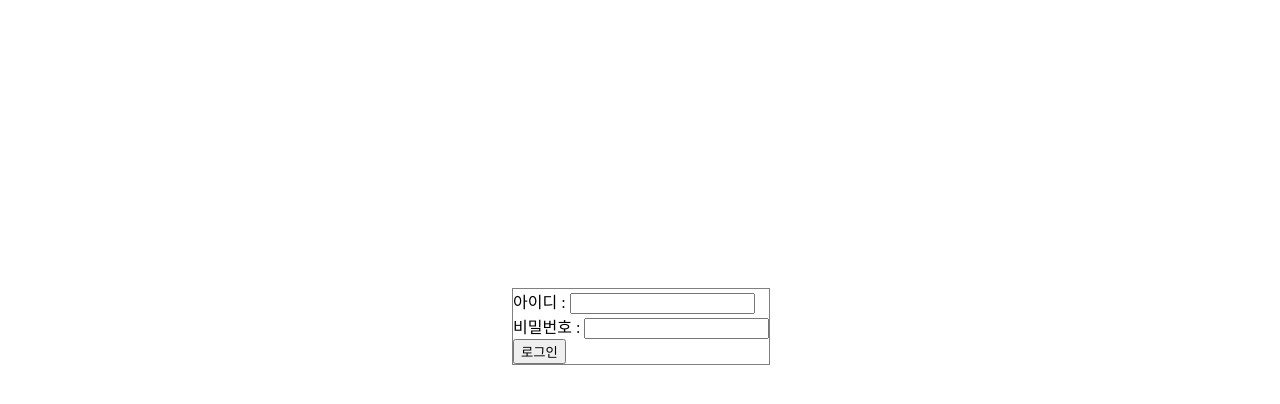
Repository: beruzz/ezen
Page: http://localhost/introduce/mc/login
An editor plug-in stored every save of this project. The page is shown before and after the next save, followed by the edit.
The browser window is 1280 px wide. The pictures show the whole page.
The page is served by Tomcat 9. Other server files are loaded and not shown.

Above is the page before, as saved 2022-12-14 08:48:29.

### JSP_Board&Member/introduce/src/main/webapp/member/login.jsp
<%@ page language="java" contentType="text/html; charset=UTF-8"
    pageEncoding="UTF-8"%>
<%@ taglib uri = "http://java.sun.com/jsp/jstl/core" prefix="c" %>
<!DOCTYPE html>
<html>
<head>
<meta charset="UTF-8">
<title>로그인 페이지</title>
<style>
	.login{
		position: absolute;
		top: 40%;
		left: 40%;
		border: solid 1px gray;
	}
</style>
</head>
<body>
	<form action="/mc/login_auth" class="login" method="post">
	아이디 : <input type="text" name="id"><br>
	비밀번호 : <input type="password" name="password"><br>
		<button type="submit">로그인</button>
	</form>
</body>
</html>

### JSP_Board&Member/introduce/src/main/java/controller/MemController.java
package controller;

import java.io.IOException;
import java.util.List;

import javax.servlet.RequestDispatcher;
import javax.servlet.ServletException;
import javax.servlet.annotation.WebServlet;
import javax.servlet.http.HttpServlet;
import javax.servlet.http.HttpServletRequest;
import javax.servlet.http.HttpServletResponse;
import javax.servlet.http.HttpSession;

import org.slf4j.Logger;
import org.slf4j.LoggerFactory;

import domain.MemberVO;
import service.MemService;
import service.MemServiceImpl;

@WebServlet("/mc/*")
public class MemController extends HttpServlet {
	private static final long serialVersionUID = 1L;
	private static final Logger log = LoggerFactory.getLogger(MemController.class);
	private RequestDispatcher rdp;
	private String destPage;
	private MemService msv;
	private int isOk;

	public MemController() {
		msv = new MemServiceImpl();
	}

	protected void service(HttpServletRequest req, HttpServletResponse res) throws ServletException, IOException {
		req.setCharacterEncoding("utf-8");
		res.setCharacterEncoding("utf-8");
		res.setContentType("text/html; charset=UTF-8");

		String uri = req.getRequestURI();
		String path = uri.substring(uri.lastIndexOf("/") + 1);
		log.info(">>uri > " + uri);
		log.info(">>path > " + path);

		switch (path) {

		case "join":
			destPage = "/member/join.jsp";
			break;

		case "register":
			try {
				log.info("리지스터 체크");
				String id = req.getParameter("id");
				String password = req.getParameter("password");
				String email = req.getParameter("email");
				int age = Integer.parseInt(req.getParameter("age"));
				isOk = msv.register(new MemberVO(id, password, email, age));
				System.out.println(isOk);
				log.info(">> join >" + (isOk > 0 ? "OK" : "Fail"));
				destPage = "login";
			} catch (Exception e) {
				e.printStackTrace();
				log.info("register error");
			}
			break;
		case "login":
			destPage = "/member/login.jsp";
			break;
		case "login_auth":
			try {
				MemberVO mvo = msv.login(new MemberVO(
						req.getParameter("id"),
						req.getParameter("password")));
				log.info("로그인 객체 인풋");
				if(mvo != null) {
					HttpSession ses = req.getSession();
					ses.setAttribute("ses", mvo);
					ses.setMaxInactiveInterval(10*60);
				}else {
					req.setAttribute("msg_login", 0);
				}
				destPage="/";
			} catch (Exception e) {
				e.printStackTrace();
			}
			break;

		case "logout":
			try {
				HttpSession ses = req.getSession();
				ses.invalidate();
				destPage="/";
			} catch (Exception e) {
				e.printStackTrace(); }
			break;
		case "memList":
			HttpSession ses = req.getSession();
			List<MemberVO> memList = msv.getMemList();
			ses.setAttribute("memList", memList);
			destPage="/member/memberList.jsp";
			break;
		}
		rdp = req.getRequestDispatcher(destPage);
		rdp.forward(req, res);
	}

	protected void doGet(HttpServletRequest request, HttpServletResponse response) throws ServletException, IOException {

		service(request, response);
	}

	protected void doPost(HttpServletRequest request, HttpServletResponse response) throws ServletException, IOException {

		doGet(request, response);
	}
}

### JSP_Board&Member/introduce/src/main/java/service/MemServiceImpl.java
package service;

import java.util.List;

import org.slf4j.Logger;
import org.slf4j.LoggerFactory;

import domain.MemberVO;
import repository.MemberDAO;
import repository.MemberDAOImpl;

public class MemServiceImpl implements MemService {
	private static final Logger log = LoggerFactory.getLogger(MemServiceImpl.class);
	private MemberDAO mdao;

	public MemServiceImpl() {
		mdao = new MemberDAOImpl();
	}

	@Override
	public int register(MemberVO mvo) {
		log.info("register check 2");
		return mdao.insert(mvo);
	}

	@Override
	public MemberVO login(MemberVO mvo) {
		log.info("login 체크2");
		return mdao.login(mvo);
	}


	@Override
	public List<MemberVO> getMemList() {
		log.info("member list 체크2");
		return mdao.getMemList();
	}


}

### JSP_Board&Member/introduce/src/main/java/repository/MemberDAO.java
package repository;

import java.util.List;

import domain.MemberVO;

public interface MemberDAO {

	int insert(MemberVO mvo);

	MemberVO login(MemberVO mvo);

	List<MemberVO> getMemList();


}

### JSP_Board&Member/introduce/src/main/java/repository/MemberDAOImpl.java
package repository;

import java.util.List;

import org.apache.ibatis.session.SqlSession;
import org.slf4j.Logger;
import org.slf4j.LoggerFactory;

import domain.MemberVO;
import orm.DatabaseBuilder;

public class MemberDAOImpl implements MemberDAO {
	private static final Logger log = LoggerFactory.getLogger(MemberDAOImpl.class);
	private SqlSession sql;
	private final String NS = "MemMapper.";

	public MemberDAOImpl() {
		new DatabaseBuilder();
		sql = DatabaseBuilder.getFactory().openSession();
	}

	@Override
	public int insert(MemberVO mvo) {
		log.info("register check3");
		int isOk = sql.insert(NS + "insert", mvo);
		if (isOk > 0) {
			sql.commit();
		}
		return isOk;
	}

	@Override
	public MemberVO login(MemberVO mvo) {
		log.info("login 체크3");
		return sql.selectOne(NS+"login", mvo);
	}

	@Override
	public List<MemberVO> getMemList() {
		log.info("member list 체크3");
		return sql.selectList(NS+"memList");
	}
}

### JSP_Board&Member/introduce/src/main/java/orm/DatabaseBuilder.java
package orm;

import org.apache.ibatis.io.Resources;
import org.apache.ibatis.session.SqlSessionFactory;
import org.apache.ibatis.session.SqlSessionFactoryBuilder;

public class DatabaseBuilder {
private static SqlSessionFactory factory;

	static {
		try {
			factory = new SqlSessionFactoryBuilder().build(Resources.getResourceAsReader("orm/MybatisConfig.xml"));
		} catch (Exception e) {
			e.printStackTrace();
		}
	}
	public static SqlSessionFactory getFactory() {
		return factory;
	}
}

### JSP_Board&Member/introduce/src/main/java/domain/MemberVO.java
package domain;

public class MemberVO {
	private String id;
	private String password;
	private String email;
	private int age;

	//로그인
	public MemberVO(String id, String password) {
		this.id = id;
		this.password = password;
	}
	//회원가입
	public MemberVO(String id, String password, String email, int age) {
		this(id,password);
		this.email = email;
		this.age = age;
	}

	public String getId() {
		return id;
	}
	public void setId(String id) {
		this.id = id;
	}
	public String getPassword() {
		return password;
	}
	public void setPassword(String password) {
		this.password = password;
	}
	public String getEmail() {
		return email;
	}
	public void setEmail(String email) {
		this.email = email;
	}
	public int getAge() {
		return age;
	}
	public void setAge(int age) {
		this.age = age;
	}


}

After the next save:
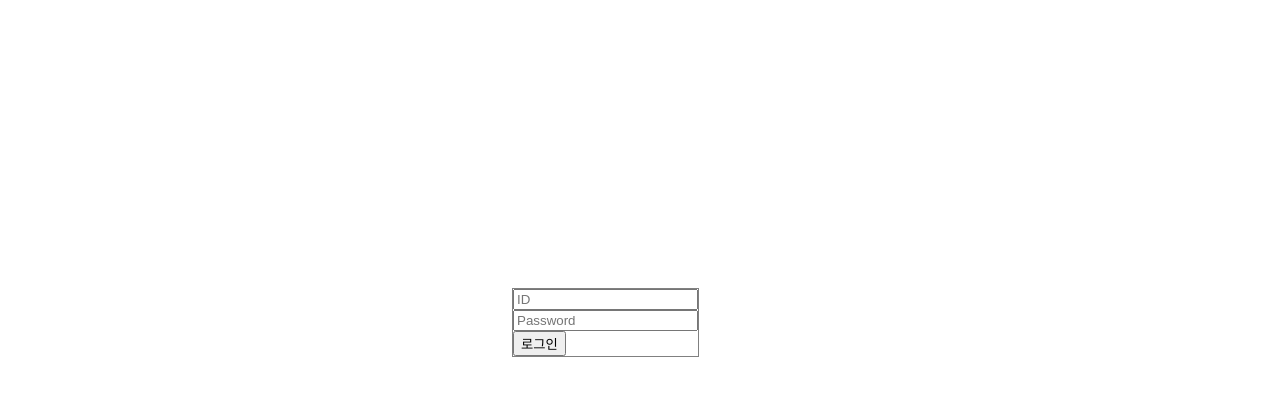
Saved 4 min 13 s later.
--- a/JSP_Board&Member/introduce/src/main/webapp/member/login.jsp
+++ b/JSP_Board&Member/introduce/src/main/webapp/member/login.jsp
@@ -1,24 +1,24 @@
 <%@ page language="java" contentType="text/html; charset=UTF-8"
-    pageEncoding="UTF-8"%>
-<%@ taglib uri = "http://java.sun.com/jsp/jstl/core" prefix="c" %>
+	pageEncoding="UTF-8"%>
+<%@ taglib uri="http://java.sun.com/jsp/jstl/core" prefix="c"%>
 <!DOCTYPE html>
 <html>
 <head>
 <meta charset="UTF-8">
 <title>로그인 페이지</title>
 <style>
-	.login{
-		position: absolute;
-		top: 40%;
-		left: 40%;
-		border: solid 1px gray;
-	}
+.login {
+	position: absolute;
+	top: 40%;
+	left: 40%;
+	border: solid 1px gray;
+}
 </style>
 </head>
 <body>
 	<form action="/mc/login_auth" class="login" method="post">
-	아이디 : <input type="text" name="id"><br>
-	비밀번호 : <input type="password" name="password"><br>
+		<input type="text" name="id" placeholder="ID"><br>
+		<input type="password" name="password" placeholder="Password"><br>
 		<button type="submit">로그인</button>
 	</form>
 </body>
